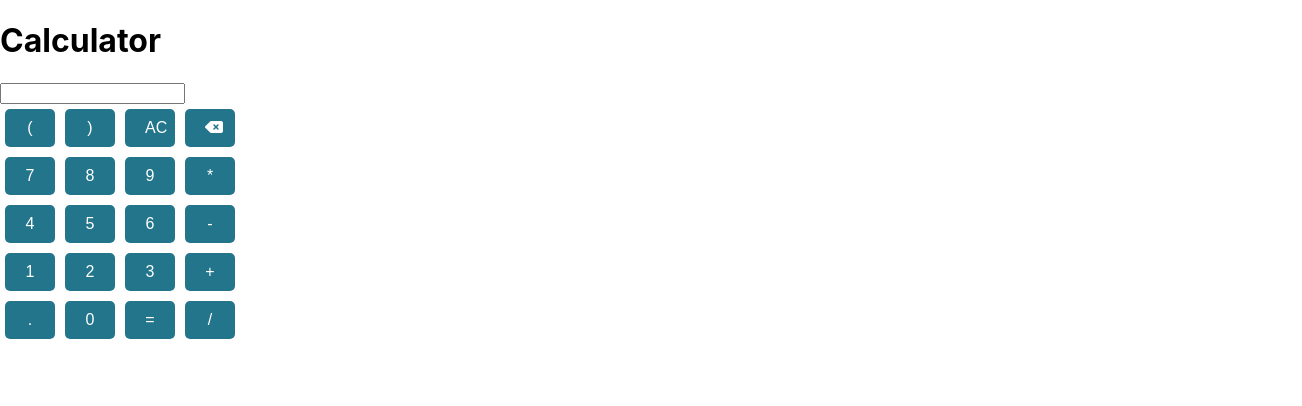
Repository: thesaherriaz/Calculator-React
Page: /
The author's editor kept a copy of each file at every save. The page is drawn from the files as they stood at one save, then again after a run of saves.
The browser window is 1280 px wide. The page is 1280 px wide, then 1302 px, so the pictures cover 1302 px, including what lies to the right of the window. The pictures show the whole page.
The project was rebuilt for these pictures with package versions that can differ from the ones it lists, and the page was loaded fresh each time.

Above is the page before, as saved 2025-06-18 15:10:00.

After the next 4 saves:
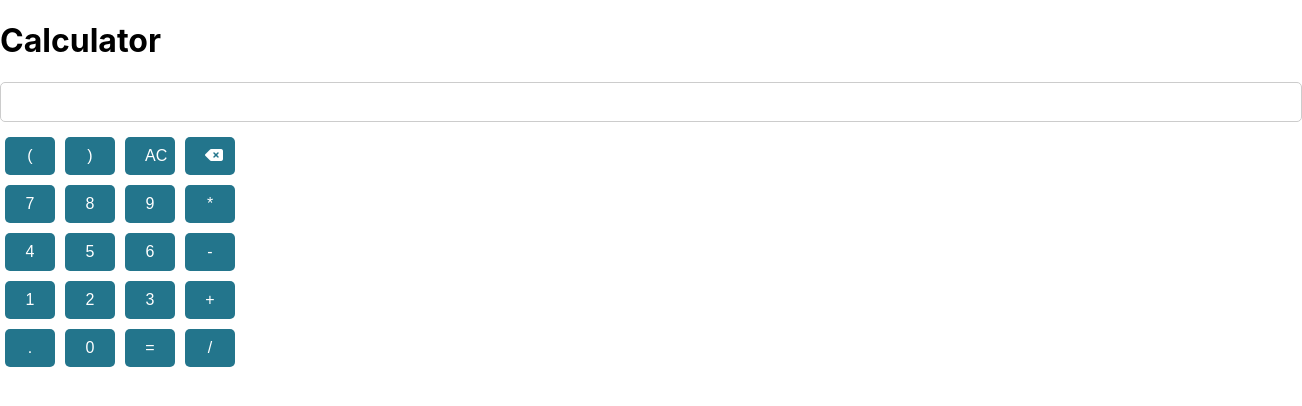
The 4 saves are shown as one change because they came seconds apart.
The last was saved 11 s later.
--- a/src/compnents/Calculator.css
+++ b/src/compnents/Calculator.css
@@ -10,3 +10,12 @@
   margin: 5px;
   transition: background-color 0.3s ease;
 }
+
+.input-box {
+  width: 100%;
+  padding: 10px;
+  font-size: 16px;
+  border: 1px solid #ccc;
+  border-radius: 5px;
+  margin-bottom: 10px;
+}
